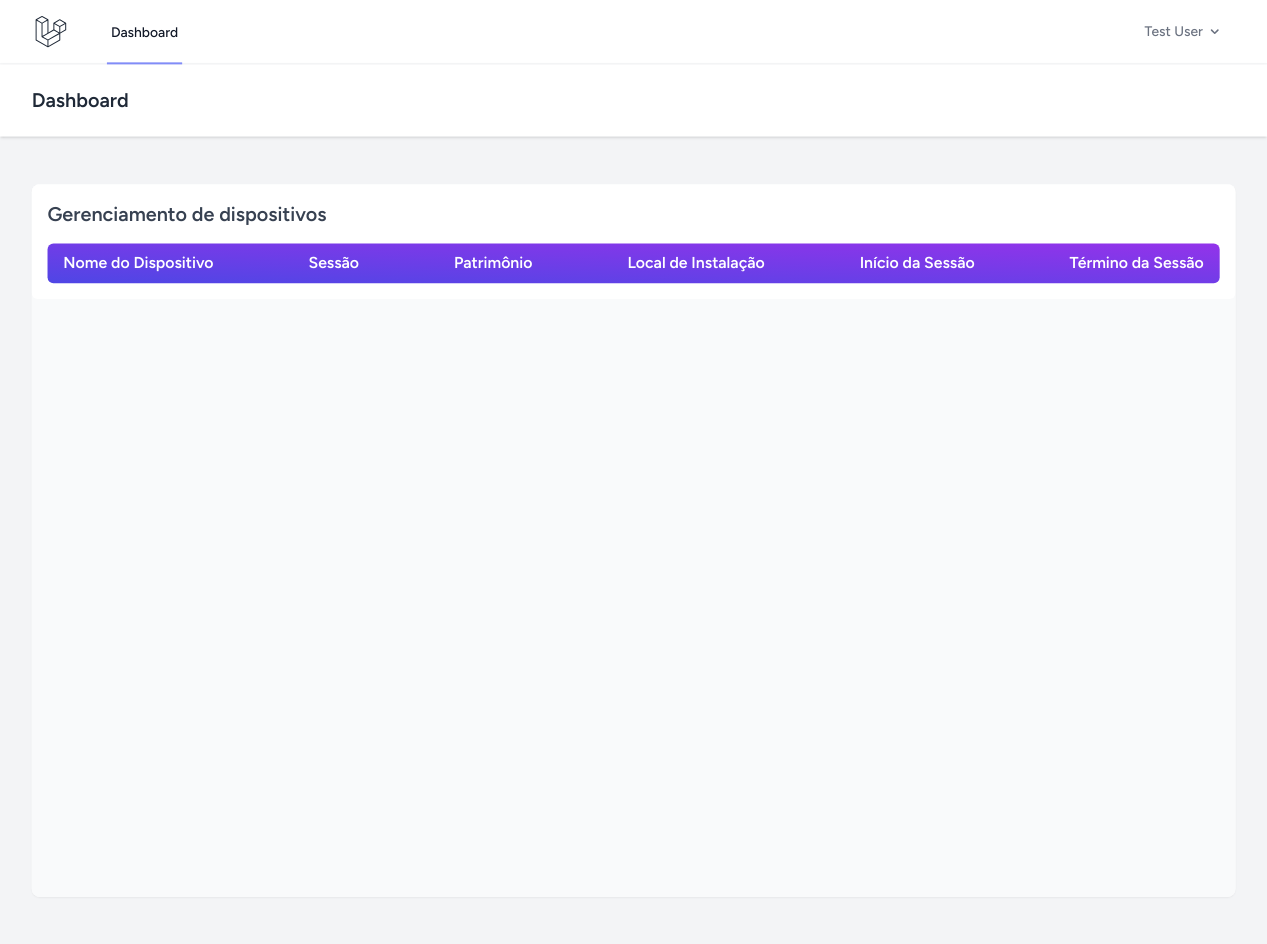
Repository: CrisMorgantee/device-logs
Page: http://localhost/dashboard
An editor plug-in stored every save of this project. The page is shown before and after the next save, followed by the edit.
The browser window is 1280 px wide. The pictures show the whole page, at 99% of full size.
The page is served by the project's Laravel application, run on PHP 8.4 with Laravel 10. A made-up administrator, Test User (test@example.com), is signed in. Style sheets and scripts are compiled from the project's sources, by tool versions that may differ from the author's. Queries for data that is not in the repository find no rows.

Above is the page before, as saved 2023-04-14 22:34:49.

After the next save:
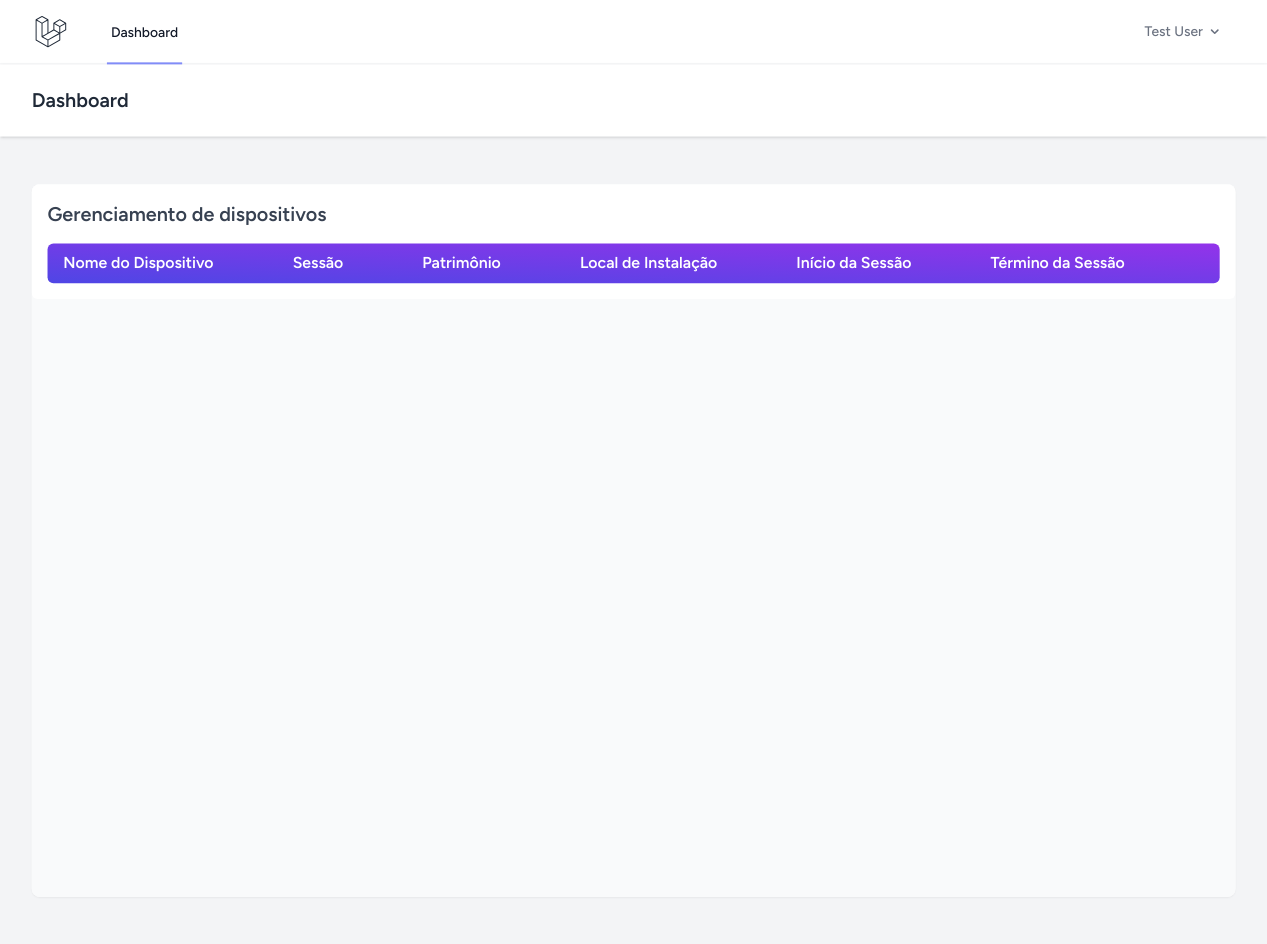
Saved 19 s later.
--- a/resources/views/dashboard.blade.php
+++ b/resources/views/dashboard.blade.php
@@ -32,30 +32,31 @@
               <div>
                 <span>Término da Sessão</span>
               </div>
-            </div>
-            <div>
-              @foreach ($logs as $deviceLog)
-                <div class="mt-4 flex justify-between space-x-4 border-t text-sm font-normal">
-                  <div class="flex px-2">
-                    <span>{{ $deviceLog->machine_name }}</span>
+
+              <div>
+                @foreach ($logs as $deviceLog)
+                  <div class="mt-4 flex justify-between space-x-4 border-t text-sm font-normal">
+                    <div class="flex px-2">
+                      <span>{{ $deviceLog->machine_name }}</span>
+                    </div>
+                    <div>
+                      <span>{{ $deviceLog->session }}</span>
+                    </div>
+                    <div class="px-2">
+                      <span>{{ $deviceLog->patrimony }}</span>
+                    </div>
+                    <div class="px-2">
+                      <span>{{ $deviceLog->location }}</span>
+                    </div>
+                    <div class="px-2">
+                      <span>{{ $deviceLog->start_session_at }}</span>
+                    </div>
+                    <div class="px-2">
+                      <span>{{ $deviceLog->end_session_at }}</span>
+                    </div>
                   </div>
-                  <div>
-                    <span>{{ $deviceLog->session }}</span>
-                  </div>
-                  <div class="px-2">
-                    <span>{{ $deviceLog->patrimony }}</span>
-                  </div>
-                  <div class="px-2">
-                    <span>{{ $deviceLog->location }}</span>
-                  </div>
-                  <div class="px-2">
-                    <span>{{ $deviceLog->start_session_at }}</span>
-                  </div>
-                  <div class="px-2">
-                    <span>{{ $deviceLog->end_session_at }}</span>
-                  </div>
-                </div>
-              @endforeach
+                @endforeach
+              </div>
             </div>
           </div>
         </div>
@@ -63,5 +64,4 @@
     </div>
   </div>
   </div>
-  </div>
 </x-app-layout>

After the save that followed:
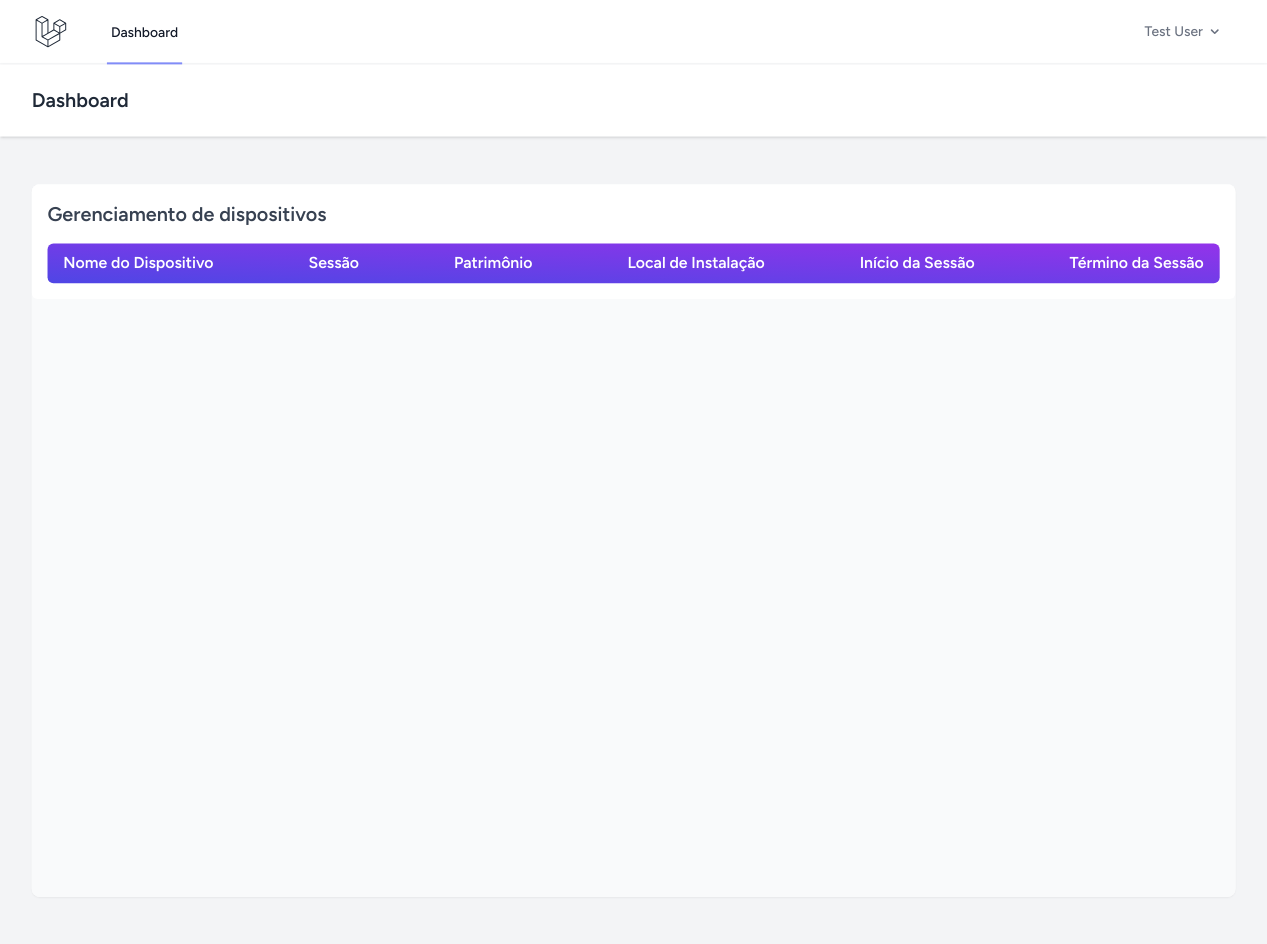
Saved 9 s later.
--- a/resources/views/dashboard.blade.php
+++ b/resources/views/dashboard.blade.php
@@ -32,31 +32,30 @@
               <div>
                 <span>Término da Sessão</span>
               </div>
-
-              <div>
-                @foreach ($logs as $deviceLog)
-                  <div class="mt-4 flex justify-between space-x-4 border-t text-sm font-normal">
-                    <div class="flex px-2">
-                      <span>{{ $deviceLog->machine_name }}</span>
-                    </div>
-                    <div>
-                      <span>{{ $deviceLog->session }}</span>
-                    </div>
-                    <div class="px-2">
-                      <span>{{ $deviceLog->patrimony }}</span>
-                    </div>
-                    <div class="px-2">
-                      <span>{{ $deviceLog->location }}</span>
-                    </div>
-                    <div class="px-2">
-                      <span>{{ $deviceLog->start_session_at }}</span>
-                    </div>
-                    <div class="px-2">
-                      <span>{{ $deviceLog->end_session_at }}</span>
-                    </div>
+            </div>
+            <div>
+              @foreach ($logs as $deviceLog)
+                <div class="mt-4 flex justify-between space-x-4 border-t text-sm font-normal">
+                  <div class="flex px-2">
+                    <span>{{ $deviceLog->machine_name }}</span>
                   </div>
-                @endforeach
-              </div>
+                  <div>
+                    <span>{{ $deviceLog->session }}</span>
+                  </div>
+                  <div class="px-2">
+                    <span>{{ $deviceLog->patrimony }}</span>
+                  </div>
+                  <div class="px-2">
+                    <span>{{ $deviceLog->location }}</span>
+                  </div>
+                  <div class="px-2">
+                    <span>{{ $deviceLog->start_session_at }}</span>
+                  </div>
+                  <div class="px-2">
+                    <span>{{ $deviceLog->end_session_at }}</span>
+                  </div>
+                </div>
+              @endforeach
             </div>
           </div>
         </div>
@@ -64,4 +63,5 @@
     </div>
   </div>
   </div>
+  </div>
 </x-app-layout>
